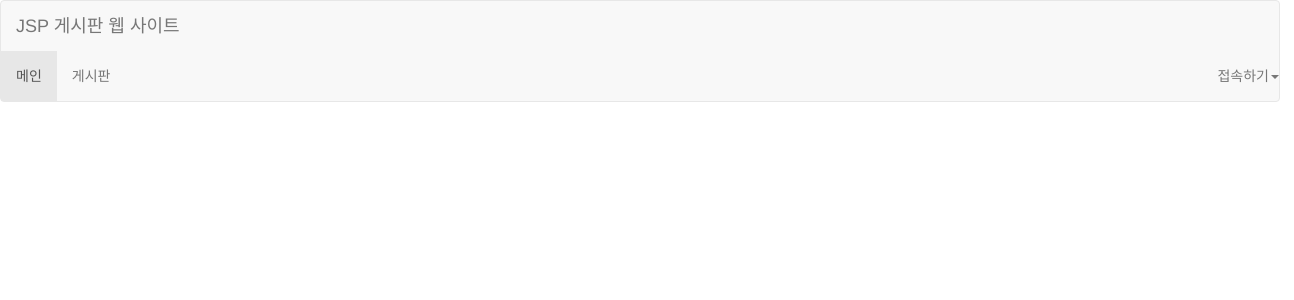
Repository: jeeyune/JSP-Bulletin-Board
Page: http://localhost/BBS/bbs.jsp
An editor plug-in stored every save of this project. The page is shown before and after the next save, followed by the edit.
The browser window is 1280 px wide. The page is 1294 px wide, so the pictures cover 1294 px, including what lies to the right of the window. The pictures show the whole page.
Some web libraries are served in a nearby version. The page is served by Tomcat 9.

Above is the page before, as saved 2020-01-13 05:23:17.

After the next save:
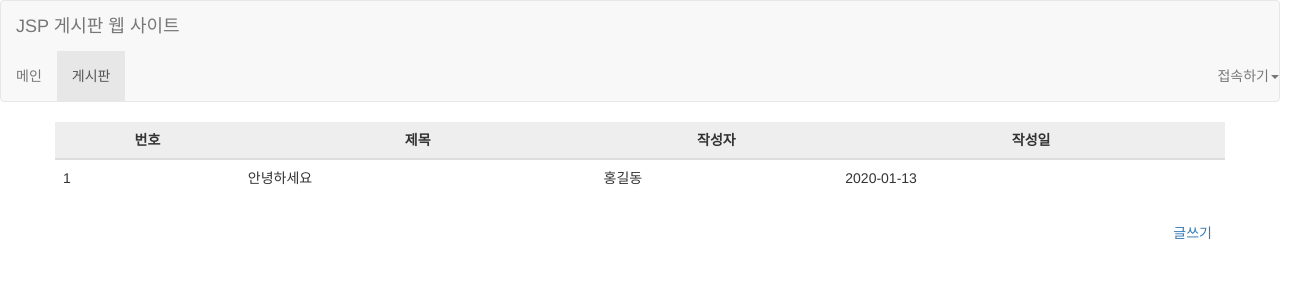
Saved 14 min 1 s later.
--- a/projects/BBS/WebContent/bbs.jsp
+++ b/projects/BBS/WebContent/bbs.jsp
@@ -30,8 +30,8 @@
 		</div>
 		<div class="collapse navbar-collapse" id="#bs-example-navbar-collapse-1"></div>
 			<ul class="nav navbar-nav">
-				<li class="active"><a href="main.jsp">메인</a></li>
-				<li><a href="bbs.jsp">게시판</a></li>
+				<li><a href="main.jsp">메인</a></li>
+				<li class="active"><a href="bbs.jsp">게시판</a></li>
 			</ul>
 			<%
 				if(userID == null){
@@ -66,6 +66,33 @@
 			%>
 		</div>
 	</nav>
+
+	<div class="container">
+		<div class="row">
+			<table class="table table-stripped" style="text-align: center border= 1px solid #dddddd">
+				<thead>
+					<tr>
+						<th	style="background-color: #eeeeee; text-align: center;">번호</th>
+						<th	style="background-color: #eeeeee; text-align: center;">제목</th>
+						<th	style="background-color: #eeeeee; text-align: center;">작성자</th>
+						<th	style="background-color: #eeeeee; text-align: center;">작성일</th>
+					</tr>
+				</thead>
+				<tbody>
+					<tr>
+						<td>1</td>
+						<td>안녕하세요</td>
+						<td>홍길동</td>
+						<td>2020-01-13</td>
+					</tr>
+				</tbody>
+			</table>
+			<a href="write.jsp" class="btn btn primary pull-right">글쓰기</a>
+		</div>
+	</div>
+	<script src="https://code.jquery.com/jquery-3.1.1.min.js"></script>
+	<script src="js/bootstrap.js"></script>
+
 	<script src="https://code.jquery.com/jquery-3.4.1.min.js"></script>
 	<script src="js/bootstrap.js"></script>
 
